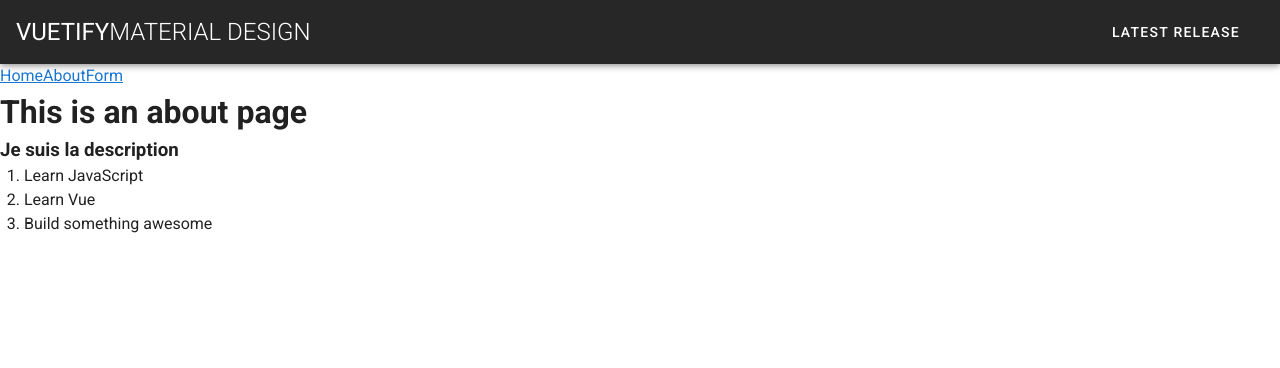
Repository: Symfomany/vuex-testing
Page: /about
An editor plug-in stored every save of this project. The page is shown before and after the next save, followed by the edit.
The browser window is 1280 px wide. The pictures show the whole page.
The project was rebuilt for these pictures with package versions that can differ from the ones it lists, and the page was loaded fresh each time. Also part of the build but not shown: src/components/HelloWorld.vue, src/components/Nb.vue, src/components/Liste.vue, src/containers/Home.vue.

Above is the page before, as saved 2019-07-27 09:40:05.

### public/index.html
<!DOCTYPE html>
<html lang="en">
  <head>
    <meta charset="utf-8">
    <meta http-equiv="X-UA-Compatible" content="IE=edge">
    <meta name="viewport" content="width=device-width,initial-scale=1.0">
    <link rel="icon" href="<%= BASE_URL %>favicon.ico">
    <title>pok</title>
    <link rel="stylesheet" href="https://fonts.googleapis.com/css?family=Roboto:100,300,400,500,700,900">
    <link rel="stylesheet" href="https://cdn.jsdelivr.net/npm/@mdi/font@latest/css/materialdesignicons.min.css">
  </head>
  <body>
    <noscript>
      <strong>We're sorry but pok doesn't work properly without JavaScript enabled. Please enable it to continue.</strong>
    </noscript>
    <div id="app"></div>
    <!-- built files will be auto injected -->
  </body>
</html>

### src/main.js
import Vue from "vue";
import App from "./App.vue";
import router from "./router";
import store from "./store";
import vuetify from "./plugins/vuetify";
import "vuetify/dist/vuetify.min.css"; // Ensure you are using css-loader

Vue.config.productionTip = false;

const app = new Vue({
  router,
  store,
  vuetify,
  render: h => h(App)
}).$mount("#app");

if (window.Cypress) {
  window.app = app;
}

### src/App.vue
<template>
  <v-app>
    <v-app-bar dark app>
      <v-toolbar-title class="headline text-uppercase">
        <span>Vuetify</span>
        <span class="font-weight-light">MATERIAL DESIGN</span>
      </v-toolbar-title>
      <v-spacer></v-spacer>
      <v-btn text href="https://github.com/vuetifyjs/vuetify/releases/latest" target="_blank">
        <span class="mr-2">Latest Release</span>
      </v-btn>
    </v-app-bar>

    <v-content>
      <router-link to="/">Home</router-link>
      <router-link to="/about">About</router-link>
      <router-link to="/form">Form</router-link>

      <router-view></router-view>
    </v-content>
  </v-app>
</template>

<script>
export default {
  name: "App",
  components: {},
  data: () => ({
    //
  })
};
</script>

### src/containers/About.vue
<template>
  <div class="about">
    <h1>This is an about page</h1>
    <Description></Description>
  </div>
</template>

<script>
import Description from "@/components/Description.vue";

export default {
  components: {
    Description
  }
};
</script>

### src/components/Description.vue
<template>
  <div>
    <v-alert v-model="show" type="success" class="mb-4">Il y a trop de todos!</v-alert>
    <v-alert v-model="showTwo" type="error" class="mb-4">Il y a pas assez de todos!</v-alert>
    <h3>Je suis la description</h3>
    <span v-if="seen">Now you see me</span>
    <ol>
      <li v-for="todo in todos">{{ todo.text }}</li>
    </ol>
  </div>
</template>

<script>
export default {
  data: () => ({
    seen: false,
    todos: [
      { text: "Learn JavaScript" },
      { text: "Learn Vue" },
      { text: "Build something awesome" }
    ]
  }),
  computed: {
    showTwo() {
      return this.todos.length < 2;
    },
    show(val) {
      return this.todos.length >= 4;
    }
  },
  watch: {}
};
</script>

Loaded but not shown: src/router.js (common file); src/plugins/vuetify.js (common file); src/store.js (no copy from this time; the picture is the same without it)

After the next save:
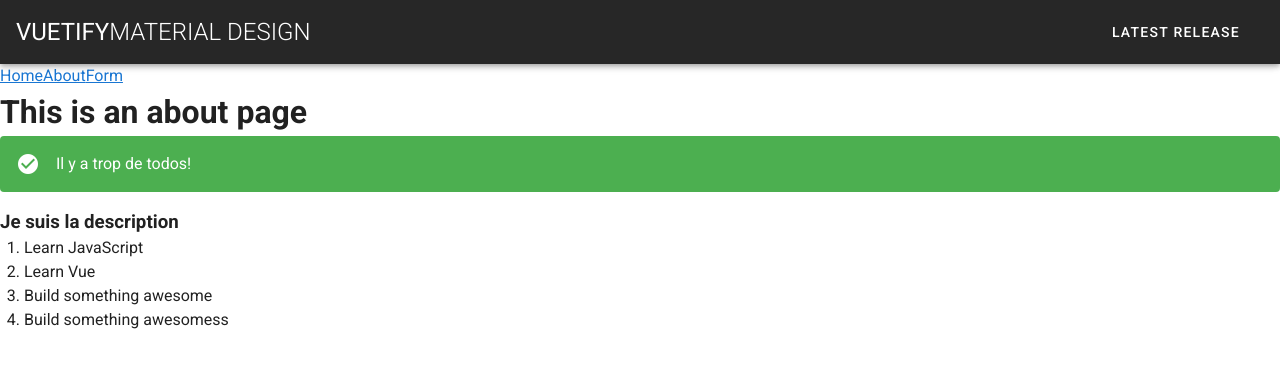
Saved 35 s later.
--- a/src/components/Description.vue
+++ b/src/components/Description.vue
@@ -17,7 +17,8 @@
     todos: [
       { text: "Learn JavaScript" },
       { text: "Learn Vue" },
-      { text: "Build something awesome" }
+      { text: "Build something awesome" },
+      { text: "Build something awesomess" }
     ]
   }),
   computed: {

After the save that followed:
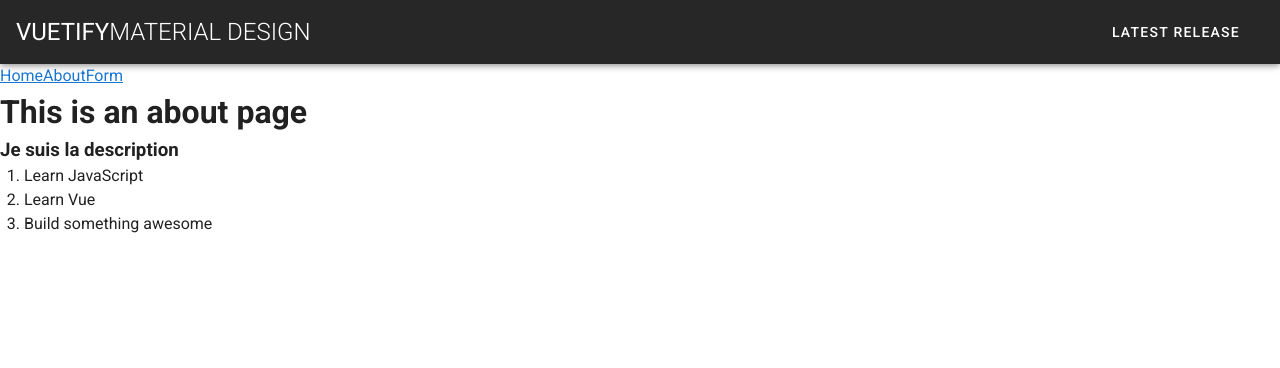
Saved 26 s later.
--- a/src/components/Description.vue
+++ b/src/components/Description.vue
@@ -17,8 +17,7 @@
     todos: [
       { text: "Learn JavaScript" },
       { text: "Learn Vue" },
-      { text: "Build something awesome" },
-      { text: "Build something awesomess" }
+      { text: "Build something awesome" }
     ]
   }),
   computed: {
